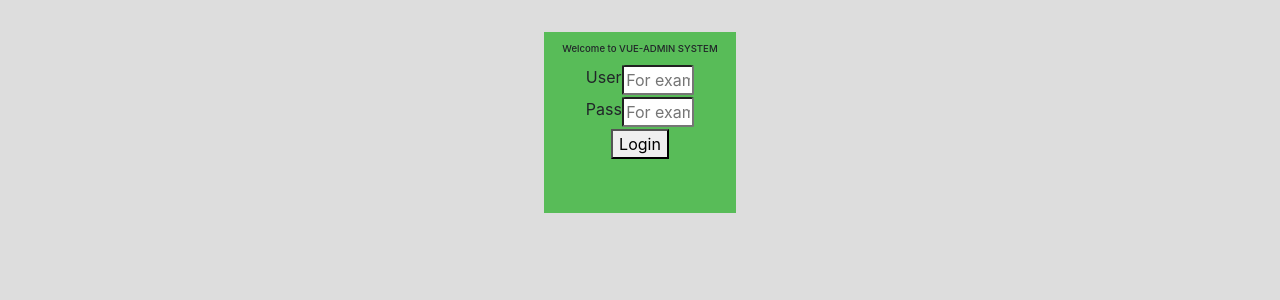
Repository: Rayfang0719/Vue-admin
Page: /
These files come from the project's save history. The page is drawn as it stood at one moment and after the next save; the edit follows.
The browser window is 1280 px wide. The pictures show the whole page.
The project was rebuilt for these pictures with package versions that can differ from the ones it lists, and the page was loaded fresh each time. Also part of the build but not shown: vue.config.js.

Above is the page before, as saved 2019-05-11 10:56:08.

### public/index.html
<!DOCTYPE html>
<html lang="en">
  <head>
    <meta charset="utf-8">
    <meta http-equiv="X-UA-Compatible" content="IE=edge">
    <meta name="viewport" content="width=device-width,initial-scale=1.0">
    <link rel="icon" href="<%= BASE_URL %>favicon.ico">
    <title>secco-admin</title>
    <style>
    html,body{
      width:100%;
      height:100%;
    }

    </style>
  </head>
  <body>

    <div id="app"></div>
    <!-- built files will be auto injected -->
  </body>
</html>

### src/main.js
import Vue from 'vue'
import App from './App.vue'
import router from './router/router'
import store from './store'

// import axios from "axios";
// Vue.prototype.$axios = axios;

// import bootstrap lib to the project,没有路径就会直接去找node_modules
import "bootstrap";

import 'lib-flexible';
Vue.config.productionTip = false

new Vue({
  router,
  store,
  render: h => h(App)
}).$mount('#app')

### src/App.vue
<template>
  <div id="app">

    <router-view/>
  </div>
</template>
<script>
export default {

}
</script>

<style>
@import  '../node_modules/bootstrap/dist/css/bootstrap.css';

#app{
  height:100%;
  width:100%;
  background-color: #ddd;
  overflow:hidden;
}
</style>

### src/router/router.js
import Vue from 'vue'
import Router from 'vue-router'
import Login from '../pages/login.vue'


Vue.use(Router)

export default new Router({
  mode: 'history',
  base: process.env.BASE_URL,
  routes: [
    {
      path: '/',
      name: 'Login',
      component: Login
    },
    {
      path: '/admin',
      name: 'admin',
      meta: {
        requireAuth: true
      },
      // route level code-splitting
      // this generates a separate chunk (about.[hash].js) for this route
      // which is lazy-loaded when the route is visited.
      component: () => import(/* webpackChunkName: "about" */ '../pages/admin/admin.vue'),
      children: [
        {
          path: 'goods',
          name: 'goods',
          title: '商品管理',
          component: () => import('../pages/admin/goods/goods'),//路径要自己改
          children:[
            {
              path: 'list',
              name: 'list',
              title: '商品列表',
              component: () => import('../pages/admin/goods/list'),//路径要自己改
            },
            {
              path: 'categories',
              name: 'categories',
              title: '商品分类',
              component: () => import('../pages/admin/goods/categories'),//路径要自己改
            },
            {
              path: 'addgoods',
              name: 'addgoods',
              title: '添加商品',
              component: () => import('../pages/admin/goods/addgoods'),//路径要自己改
            },
          ]
        },
        {
          path: 'users',
          name: 'users',
          title: '用户管理',
          component: () => import('../pages/admin/users/users'),//路径要自己改
          children:[
            {
              path: 'list',
              name: 'list',
              title: '用户列表',
              component: () => import('../pages/admin/users/list'),//路径要自己改
            },
            {
              path: 'adduser',
              name: 'adduser',
              title: '添加用户',
              component: () => import('../pages/admin/users/adduser'),//路径要自己改
            },

          ]
        },
      ]
    }
  ]
})

### src/store/index.js
import Vue from 'vue'
import Vuex from 'vuex'
import createPersistedState from 'vuex-persistedstate'

Vue.use(Vuex)

/* eslint-disable no-new */
const store = new Vuex.Store({
  plugins: [createPersistedState()],
  modules: {
  }
})

export default store

### src/pages/login.vue
<template>
<div class="login">
    <h3>Welcome to VUE-ADMIN SYSTEM</h3>
    <div class="login-form">
        <div class="login-form-item">
            <span>UserName:</span>
            <input type="text" id="username" placeholder="For example: Rae">
        </div>
        <div  class="login-form-item">
              <span>Password:</span>
            <input type="password" id="password" placeholder="For example:123456">
        </div>
        <div  class="login-form-item">
            <button>Login</button>
        </div>
    </div>


</div>
</template>
<script>
export default {

}
</script>
<style lang="scss" scoped>
.login{
    margin: 2rem auto;
    overflow:hidden;
    width: 12rem;
    height:11.333333rem;
    /* height:5rem; */
    background-color:#58bc58;
    padding-top:.013333rem;
    h3{
        margin: .666667rem auto;
        text-align: center;
        font-size: .6rem;
        font-weight: 500;
    }
    .login-form{
        display:flex;
        flex-direction:column;
        justify-content: space-around;
        align-items: center;
        .login-form-item{
            height:2rem;

        span{
            float:left;
            width:2rem;
            text-align: right;
            margin-right: .266667rem;
        }
        input{
            width:4.5rem;
            border-radius: 5%;
        }
        }
    }

}
</style>

After the next save:
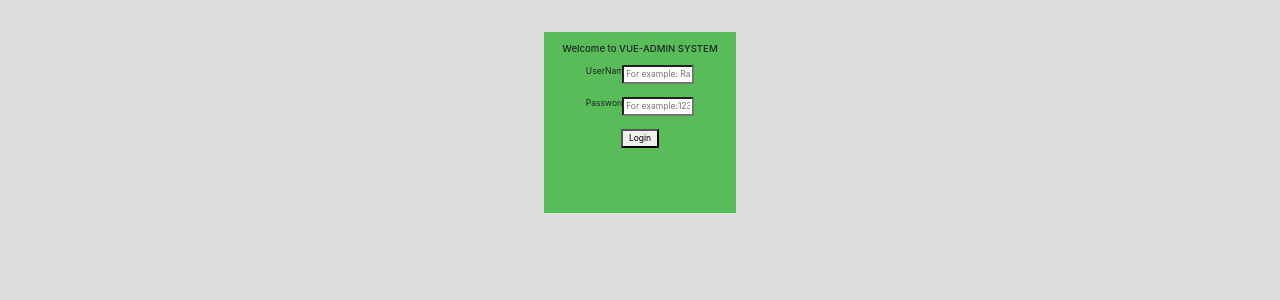
Saved 8 s later.
--- a/src/pages/login.vue
+++ b/src/pages/login.vue
@@ -45,6 +45,7 @@ export default {
         align-items: center;
         .login-form-item{
             height:2rem;
+            font-size: .533333rem;
 
         span{
             float:left;
